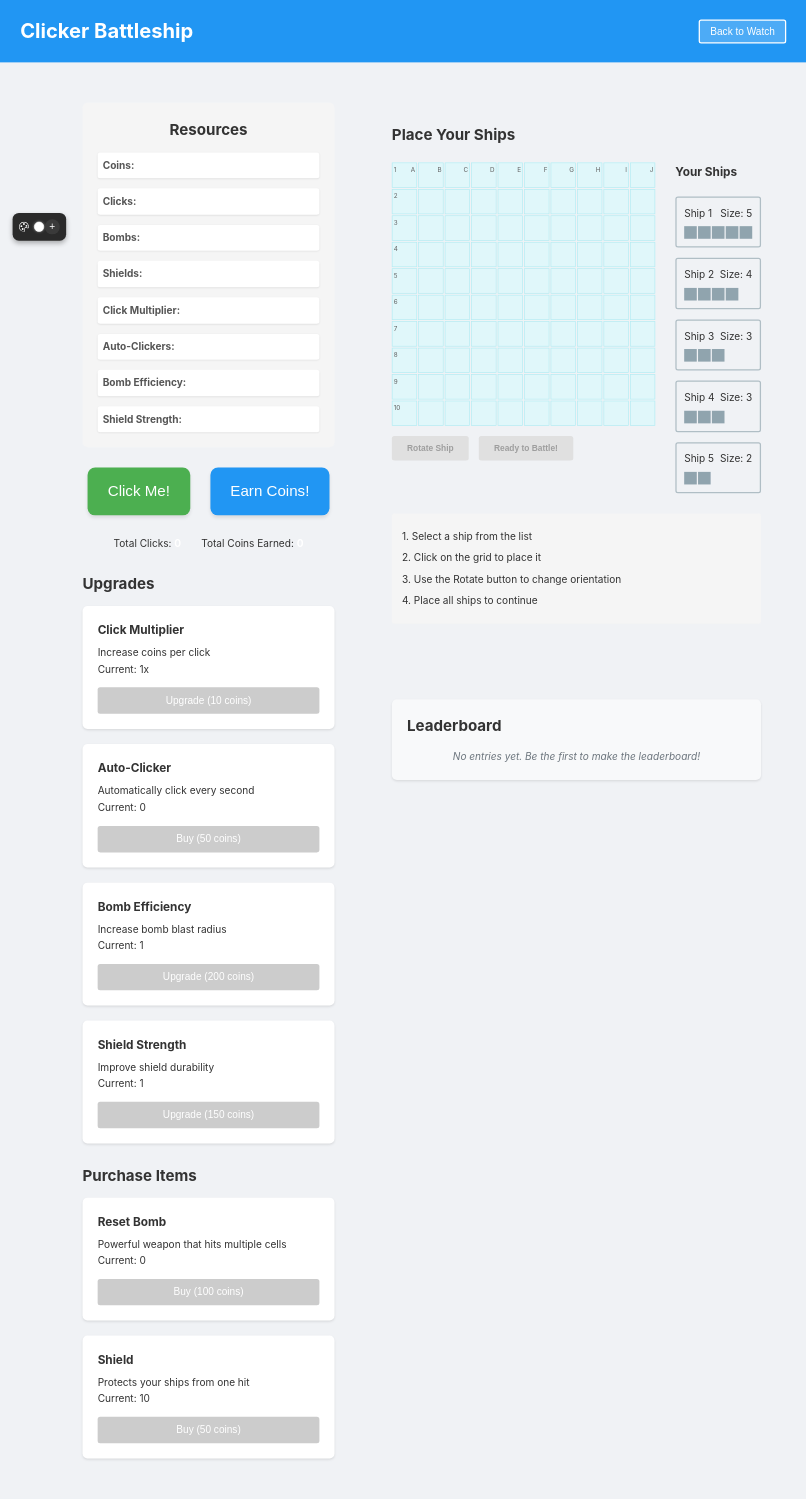
Repository: Moshikol/clicker-battleship
Page: /, after clicking the first element matching `button.Watch_39bef_navButton`
The author's editor kept a copy of each file at every save. The page is drawn from the files as they stood at one save, then again after the next save.
The browser window is 1280 px wide. The pictures show the whole page, at 63% of full size.
Some web fonts or font styles are not loaded; a fallback is used. The project was rebuilt for these pictures with package versions that can differ from the ones it lists, and the page was loaded fresh each time. Also part of the build but not shown: webpack.config.js, src/components/grid/Grid.module.css, src/components/grid/Grid.tsx.

Above is the page before, as saved 2025-03-18 20:57:00.

After the next save:
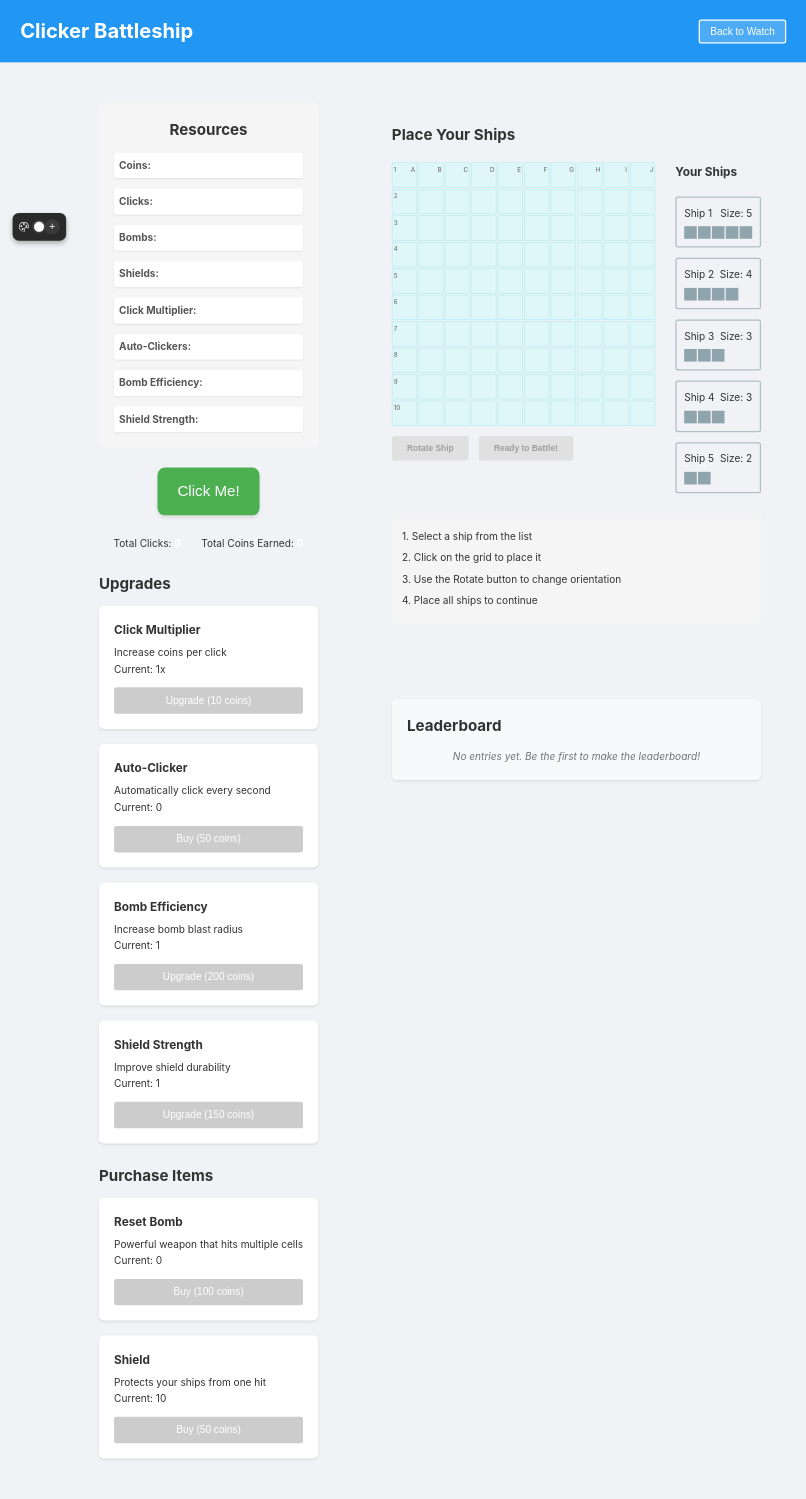
Saved 34 s later.
--- a/src/components/clicker/Clicker.tsx
+++ b/src/components/clicker/Clicker.tsx
@@ -11,11 +11,13 @@ import {
   upgradeShieldStrength,
   earnCoins
 } from '../../store/gameSlice';
+import { useMobileControls } from '../../hooks/useMobileControls';
 import styles from './Clicker.module.css';
 
 export const Clicker: React.FC = () => {
   const dispatch = useDispatch();
   const { resources, upgrades, stats, counterColor } = useSelector((state: RootState) => state.game);
+  const { vibrate, isMobileDevice } = useMobileControls();
 
   // Debug counterColor
   useEffect(() => {
@@ -24,6 +26,12 @@ export const Clicker: React.FC = () => {
 
   const handleClick = () => {
     dispatch(click());
+    dispatch(earnCoins());
+
+    // Provide vibration feedback on mobile devices
+    if (isMobileDevice()) {
+      vibrate(50);
+    }
   };
 
   const handleEarnCoins = () => {
@@ -112,12 +120,15 @@ export const Clicker: React.FC = () => {
 
       <div className={styles.clickerSection}>
         <div>
-          <button className={styles.clickButton} onClick={handleClick}>
+          <button
+            className={styles.clickButton}
+            onClick={handleClick}
+          >
             Click Me!
           </button>
-          <button className={styles.clickButton} onClick={handleEarnCoins}>
-            Earn Coins!
-          </button>
+          {isMobileDevice() && (
+            <p className={styles.mobileHint}>Tip: Use volume down button to click!</p>
+          )}
         </div>
         <div className={styles.clickStats}>
           <p>Total Clicks: <span style={{ color: counterColor, fontWeight: 'bold' }}>{stats.totalClicks}</span></p>
